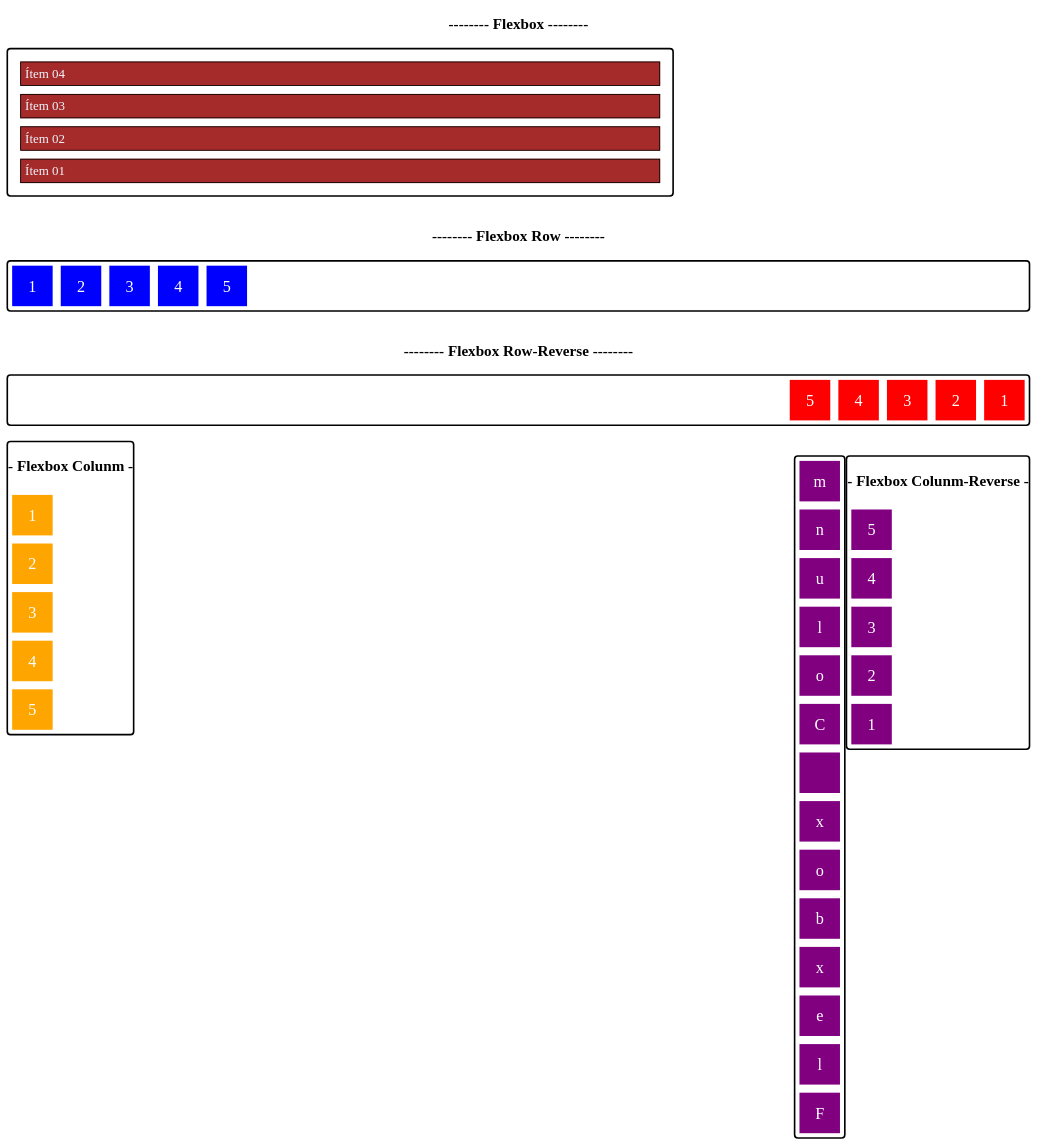
Repository: ozielms/flexbox
Page: outros/flexbox-master/index.html
An editor plug-in stored every save of this project. The page is shown before and after the next save, followed by the edit.
The browser window is 1280 px wide. The pictures show the whole page, at 81% of full size.

Above is the page before, as saved 2022-04-26 00:02:53.

After the next save:
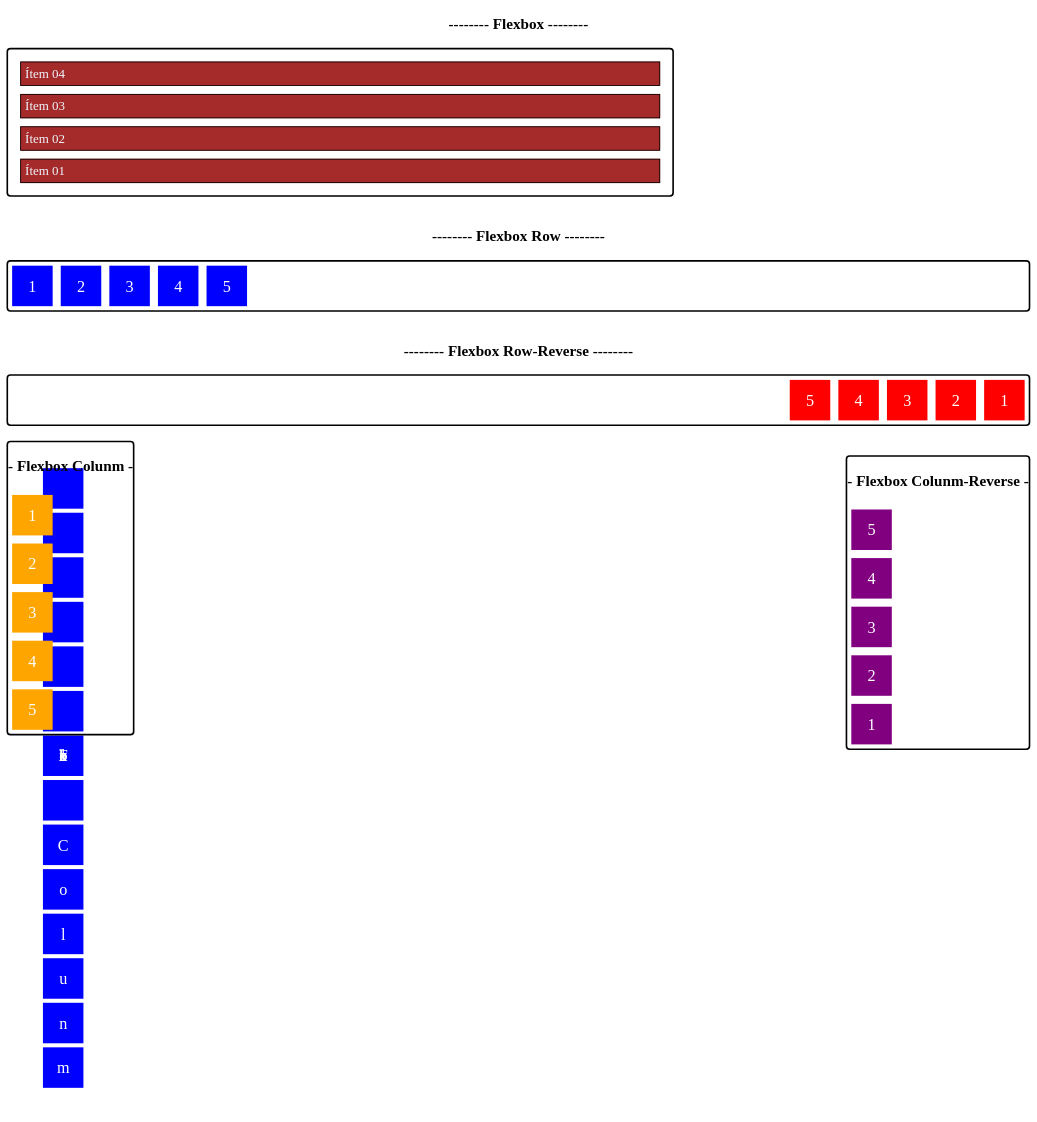
Saved 25 s later.
--- a/outros/flexbox-master/index.html
+++ b/outros/flexbox-master/index.html
@@ -63,7 +63,7 @@
         <li class="flex-item">5</li>
         <h3 class="titulo">- flexbox colunm-reverse -</h3>
     </ul>
-    <ul class="flex-container colunm-reverse">
+    <ul class="titulo-colunm">
         <li class="flex-item">F</li>
         <li class="flex-item">l</li>
         <li class="flex-item">e</li>
